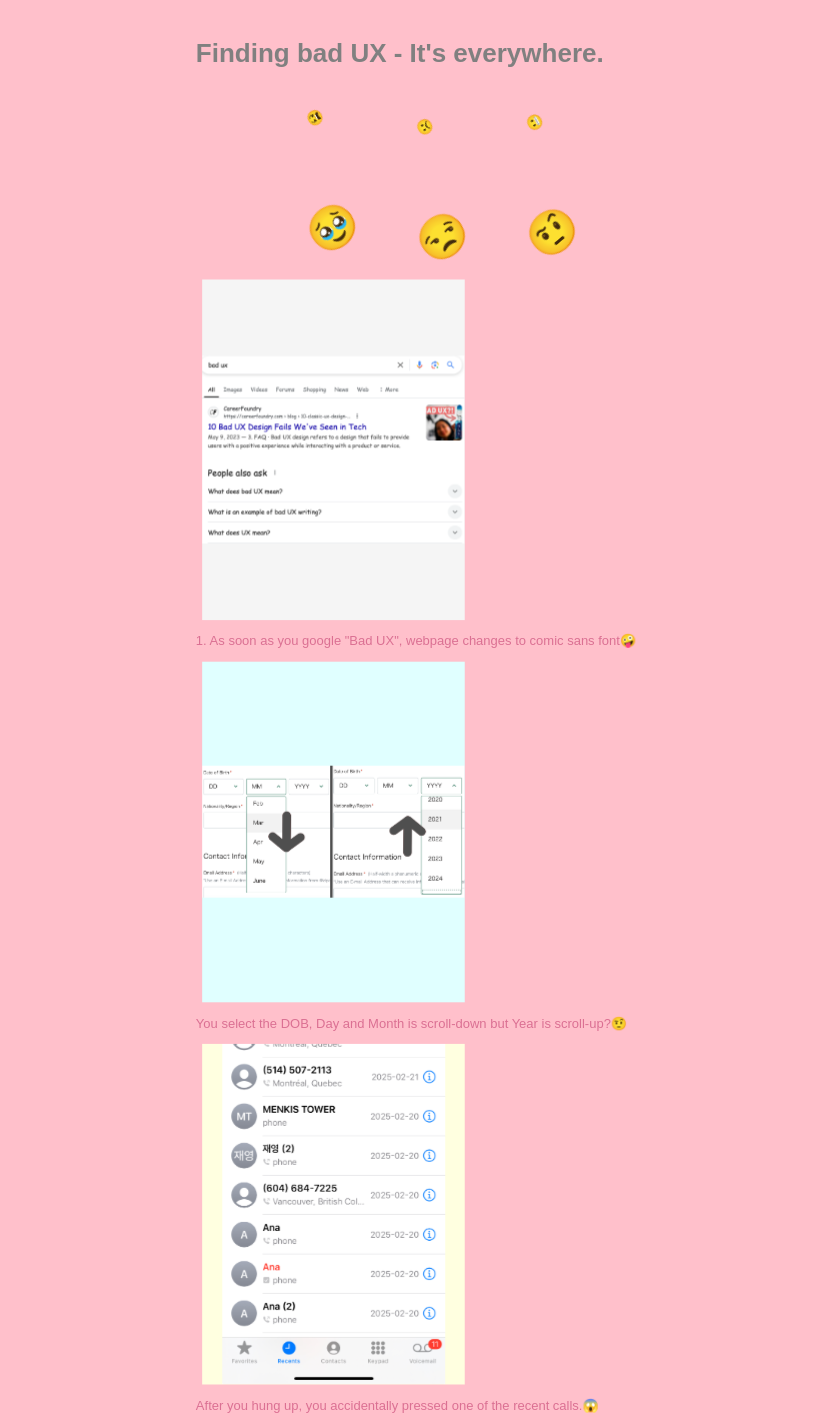
Repository: j1s00jang/MDIA-2109
Page: badUX.html
The author's editor kept a copy of each file at every save. The page is drawn from the files as they stood at one save, then again after the next save.
The browser window is 1280 px wide. The pictures show the whole page, at 65% of full size.
Some web libraries are served in a nearby version.

Above is the page before, as saved 2025-03-02 13:08:46.

### badUX.html
<html>
    <head>
        <!-- Metadata belongs in the head of your document -->
         <title>Jisoo's finding bad ux</title>
         <meta charset="UTF-8" />
         <link rel="stylesheet" href="css/badUXstyles.css">
    </head>
    <body>
        <main>
            <h1 class="title">Finding bad UX - It's everywhere.</h1>

        <div class="js">
            <span class="js__spinner spin">😫</span>
            <span class="js__spinner moreSpin">☹️</span>
            <span class="js__spinner mostSpin">😬</span>
        </div>

        <div class="gsap">
            <span class="gsap__spinner spin">🥹</span>
            <span class="gsap__spinner moreSpin">😒</span>
            <span class="gsap__spinner mostSpin">🤨</span>

        </div>
            <div class="first">
                <img src="css/first.png" alt="google ux" class="first_photo">
            </div>
            <p>1. As soon as you google "Bad UX", webpage changes to comic sans font🤪</p>

            <div class="second">
                <img src="css/second.png" alt="confirm button in red" class="second_photo">
            </div>
            <p>You select the DOB, Day and Month is scroll-down but Year is scroll-up?🤨</p>

            <div class="third">
                <img src="css/third.jpg" alt="iphone's recents calling list" class="third_photo">
            </div>
            <p>After you hung up, you accidentally pressed one of the recent calls.😱</p>

            <script src="https://cdn.jsdelivr.net/npm/gsap@3.12.7/dist/gsap.min.js"></script>
            <script src="script.js"></script>


        </main>
    </body>
</html>

### css/badUXstyles.css
html {
    font-family: "Futura", sans-serif;
    font-size: 1.25em;
    background-color: pink;
    padding: 1.25em;
    color: palevioletred;
}

body {
    display: flex;
    justify-content: center;
    height: 100vh;
}

.title {
    font-size: 2em;
    color: grey;
}


.first,
.second,
.third {
    position: relative;
    width: 30vw;
    height: 70vh;
    overflow: hidden;
}

.first {
    background-color: whitesmoke;
    padding: 10px;
    margin: 10px;
    font-size: 1.5em;
}

.first_photo {
    position: absolute;
    top: 0;
    left: 0;
    width: 100%;
    height: 100%;
    object-fit: contain;
    opacity: 1;
}

.second {
    background-color: lightcyan;
    padding: 10px;
    margin: 10px;
    color: teal;
    font-size: 1.5em;
}

.second_photo {
    position: absolute;
    top: 0;
    left: 0;
    width: 100%;
    height: 100%;
    object-fit: contain;
    opacity: 1;
}

.third {
    background-color: lightyellow;
    padding: 10px;
    margin: 10px;
    color: darkgoldenrod;
    font-size: 1.5em;
}

.third_photo {
    position: absolute;
    top: 0;
    left: 0;
    width: 100%;
    height: 100%;
    object-fit: contain;
    opacity: 1;
}

.gsap {
    position: relative;
    height: 30vh;
    font-size: 65px;
}


.js,
.gsap {
    position: relative;
    height: 20vh;
    font-size: 65px;
}


.js__spinner,
.gsap__spinner {
    position: absolute;
}




.spin { left: 25%; top: 25%; }
.moreSpin { left: 50%; top: 35%; }
.mostSpin { left: 75%; top: 30%; }



@keyframes makeItSpin {
    0% {
        transform: rotate(0);
    }
    50% {
        font-size: 100px;
    }
    100% {
        transform: rotate(360deg);
    }
}

### script.js
const $spin = document.querySelector(".js__spinner.spin");
const $moreSpin = document.querySelector(".js__spinner.moreSpin");
const $mostSpin = document.querySelector(".js__spinner.mostSpin");




const keyframes = [
    { transform: "rotate(0)" },
    {
        transform: "rotate(360deg)",
        fontSize: "0"
     }
];



const options = {
    duration: 3000,
    iterations: Infinity,

}


$spin.animate(keyframes, options);
$moreSpin.animate(keyframes, options);
$mostSpin.animate(keyframes, options);


const gsapOption = {
    rotation: 360,
    repeat: -1,
    duration: 3
}

gsap.to(".gsap__spinner", gsapOption);

After the next save:
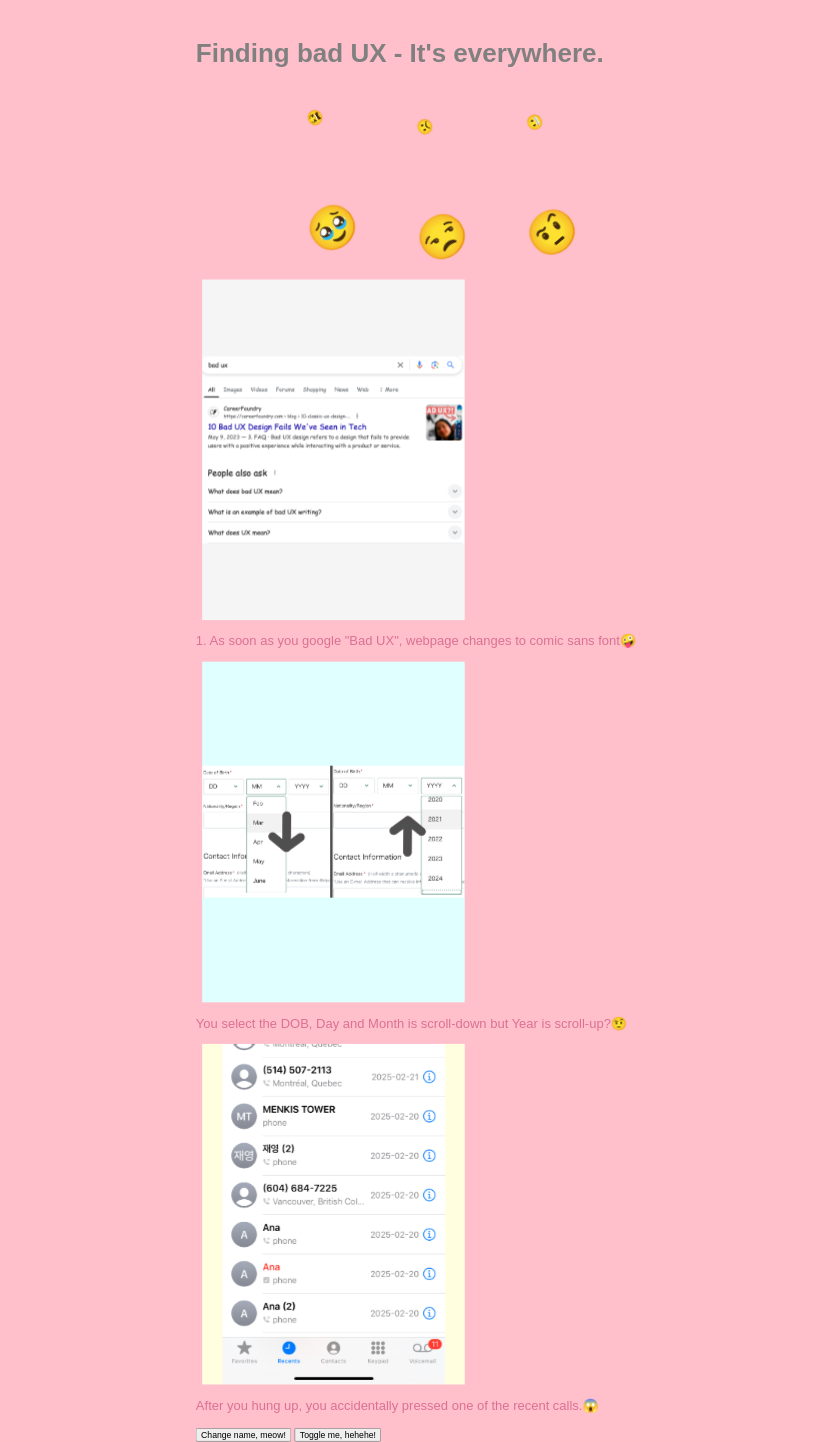
Saved 36 s later.
--- a/badUX.html
+++ b/badUX.html
@@ -40,6 +40,10 @@
             <script src="script.js"></script>
 
 
+            <button type="button" class="btn btn-outline-success">Change name, meow!</button>
+            <button type="button" class="btn btn-outline-warning js-toggle-btn">Toggle me, hehehe!</button>
+
+
         </main>
     </body>
 </html>

After the save that followed:
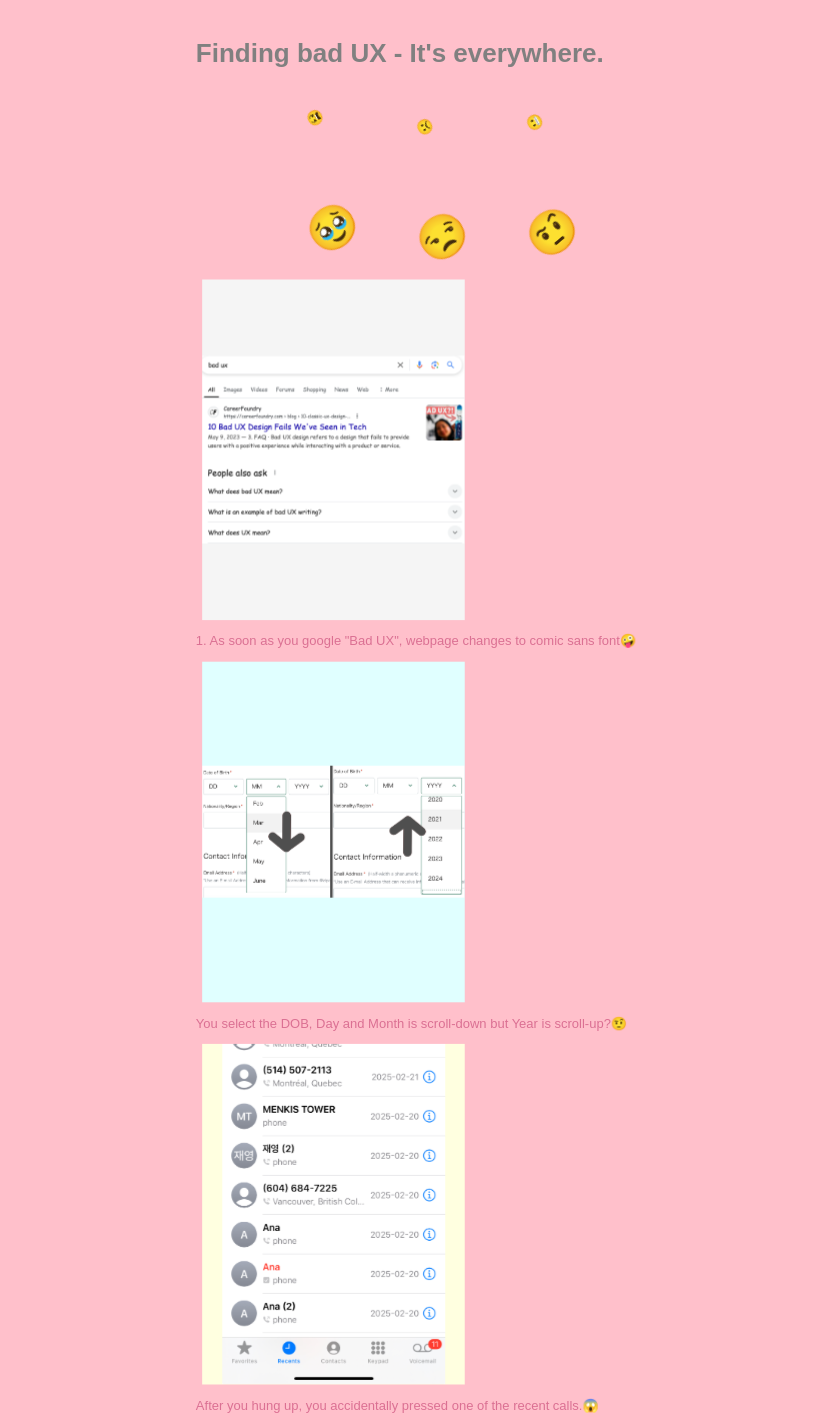
Saved 20 s later.
--- a/badUX.html
+++ b/badUX.html
@@ -39,11 +39,6 @@
             <script src="https://cdn.jsdelivr.net/npm/gsap@3.12.7/dist/gsap.min.js"></script>
             <script src="script.js"></script>
 
-
-            <button type="button" class="btn btn-outline-success">Change name, meow!</button>
-            <button type="button" class="btn btn-outline-warning js-toggle-btn">Toggle me, hehehe!</button>
-
-
         </main>
     </body>
 </html>
